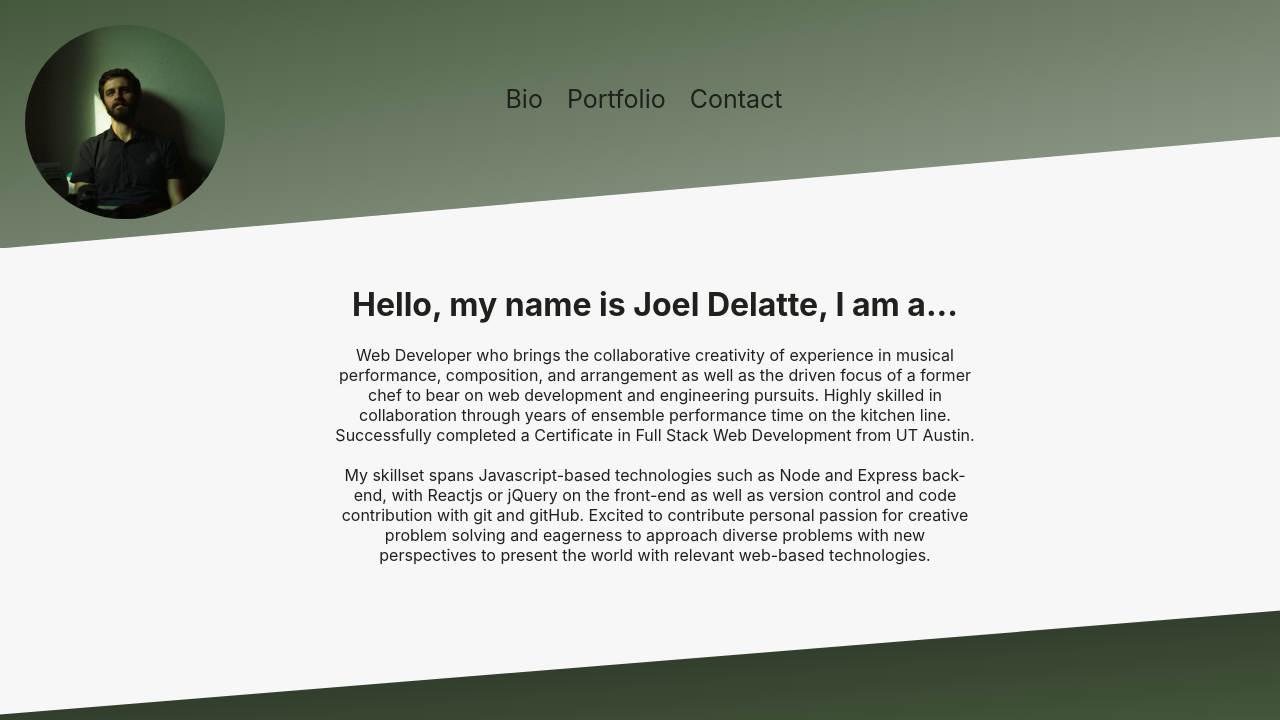
Repository: joeldelatte/react-portfolio
Page: / (app in client/)
An editor plug-in stored every save of this project. The page is shown before and after the next save, followed by the edit.
The browser window is 1280 px wide. The pictures show the whole page.
The project was rebuilt for these pictures with package versions that can differ from the ones it lists, and the page was loaded fresh each time. Also part of the build but not shown: client/src/App.css, client/src/Components/Contact/Contact.js, client/src/Components/Portfolio/portfolio.css, client/src/Components/Portfolio/Portfolio.js.

Above is the page before, as saved 2020-07-08 22:08:26.

### client/public/index.html
<!doctype html>
<html lang="en">
  <head>
    <meta charset="utf-8">
    <meta name="viewport" content="width=device-width, initial-scale=1, shrink-to-fit=no">
    <meta name="theme-color" content="#000000">
    <!--
      manifest.json provides metadata used when your web app is added to the
      homescreen on Android. See https://developers.google.com/web/fundamentals/engage-and-retain/web-app-manifest/
    -->
    <link rel="manifest" href="%PUBLIC_URL%/manifest.json">
    <link rel="shortcut icon" href="%PUBLIC_URL%/favicon.ico">
    <!--
      Notice the use of %PUBLIC_URL% in the tags above.
      It will be replaced with the URL of the `public` folder during the build.
      Only files inside the `public` folder can be referenced from the HTML.

      Unlike "/favicon.ico" or "favicon.ico", "%PUBLIC_URL%/favicon.ico" will
      work correctly both with client-side routing and a non-root public URL.
      Learn how to configure a non-root public URL by running `npm run build`.
    -->
    <title>Joel Delatte</title>
  </head>
  <body>
    <noscript>
      You need to enable JavaScript to run this app.
    </noscript>
    <div id="root"></div>
    <!--
      This HTML file is a template.
      If you open it directly in the browser, you will see an empty page.

      You can add webfonts, meta tags, or analytics to this file.
      The build step will place the bundled scripts into the <body> tag.

      To begin the development, run `npm start` or `yarn start`.
      To create a production bundle, use `npm run build` or `yarn build`.
    -->
  </body>
</html>

### client/src/index.css
body {
  height:100%;
  min-height: 100%;
  margin: 0;
  padding: 0;
  border: 0;
  font-family: -apple-system, BlinkMacSystemFont, 'Segoe UI', 'Roboto', 'Oxygen',
    'Ubuntu', 'Cantarell', 'Fira Sans', 'Droid Sans', 'Helvetica Neue',
    sans-serif;
  -webkit-font-smoothing: antialiased;
  -moz-osx-font-smoothing: grayscale;
  background-color: rgb(247, 247, 247);
  color: rgb(31,33,28);
}

code {
  font-family: source-code-pro, Menlo, Monaco, Consolas, 'Courier New',
    monospace;
}

### client/src/App.js
import React from 'react';
import {BrowserRouter as Router, Route, Switch, Link} from "react-router-dom";
import './App.css';
import Bio from "./Components/Bio/Bio";
import Nav from "./Page/Nav";
import Contact from "./Components/Contact/Contact";
import Portfolio from "./Components/Portfolio/Portfolio";
import Footer from "./Page/Footer";

export default function App() {
  return (
    <>
      <Router>
        <Nav />
        <Switch>
          <Route exact path="/">
            <Bio />
          </Route>
          <Route exact path="/contact">
            <Contact />
          </Route>
          <Route exact path="/portfolio">
            <Portfolio />
          </Route>
        </Switch>
      </Router>
      {/* <Footer /> */}
    </>
  );
}

### client/src/Components/Bio/Bio.js
import React from "react";
import "./bio.css";

export default function Bio() {

    return (
        <div className="container">
          <div className="bio">
            <h1>Hello, my name is Joel Delatte, I am a...</h1>
            <p>Web Developer who brings the collaborative creativity of experience in musical performance, composition, and
              arrangement as well as the driven focus of a former chef to bear on web development and engineering pursuits.
              Highly skilled in collaboration through years of ensemble performance time on the kitchen line.
              Successfully completed a Certificate in Full Stack Web Development from UT Austin.
              <br></br>
              <br></br>
              My skillset spans Javascript-based technologies such as Node and Express back-end, with Reactjs or
              jQuery on the front-end as well as version control and code contribution with git and gitHub.
              Excited to contribute personal passion for creative problem solving and eagerness to approach diverse
              problems with new perspectives to present the world with relevant web-based technologies.
            </p>
          </div>
        </div>
    )
}

### client/src/Page/Nav.js
import React from "react";
import {BrowserRouter as Router, Route, Switch, Link} from "react-router-dom";
import Avatar from "./Avatar";
import Footer from "./Footer";
import "./Page.css";

function Nav () {
    return (
      <>
      <div className="header">
        <Avatar />
        <div className="nav">
          <Link to="/">Bio</Link>
          <Link to="/portfolio">Portfolio</Link>
          <Link to="/contact">Contact</Link>
        </div>
      </div>
      <Footer />
      </>
    );
};

export default Nav;

### client/src/Page/Footer.js
import React from "react";
// import { BrowserRouter as Router, Route, Switch, Link } from "react-router-dom";
import "./Page.css";

function Footer() {
  return (
    <div className="footer">
      <footer>
          Hello
      </footer>
    </div>
  );
}

export default Footer;

### client/src/Components/Bio/bio.css
.container {
    position: relative;
}

.bio {
    max-width: 50%;
    padding: 15px;
    max-width: 50%;
    position: absolute;
    top: 40%;
    left: 25%;
    text-align: center;
}

.bio p {
    text-align: center;
}


    @media only screen and (max-width: 768px) {
        .viewContainer {
            margin-left: 110px;
        }
    }

### client/src/Page/Avatar.js
import React from "react";
import Portrait from "./images/joel_d.png"
import "./Page.css";

const styles = {
    maxWidth: 200,
    maxHeight: 200,
    borderRadius: 100,
    marginLeft: 25
};

function Avatar () {

    return (
      <div>
          <img src={Portrait} alt="avatar"  className="avatar" /> {/* style={styles} */}
      </div>
    );
};

export default Avatar;

### client/src/Page/Page.css
.header {
  height: 38%;
  background-image: linear-gradient(to right bottom, rgba(68,88,60, 1), rgba(68,88,60, 0.501));
  /* , url("../img/hero.jpg"); */
  background-size: cover;
  background-position: top;
  position: relative;
  -webkit-clip-path: polygon(0 0, 100% 0, 100% 55%, 0 100%);
  clip-path: polygon(0 0, 100% 0, 100% 55%, 0 100%);
  position: relative;
}

  .avatar {
    display: inline;
    max-width: 200px;
    max-height: 200px;
    border-radius: 100%;
    margin: 25px;
    }

.nav {
    position: absolute;
    top: 40%;
    left: 50%;
    transform: translate(-50%, -50%);
    text-align: center;
}

.nav a {
    padding: 6px 8px 6px 16px;
    text-decoration: none;
    font-size: 25px;
    color: rgb(31,33,28);
    display: inline;
    text-align: center;
  }

.nav a:hover {
    color: #f1f1f1;
}

.footer {
  padding: 1rem;
  height: 5rem;
  background-color: rgb(68,88,60);
  background-image: linear-gradient(to right bottom, rgba(31,33,28, 0.901), rgba(68,88,60, 0.601));
  -webkit-clip-path: polygon(0 85%, 100% 0, 100% 100%, 0 100%);
  clip-path: polygon(0 95%, 100% 0, 100% 100%, 0 100%);
  display: block;
  position: fixed;
  left: 0;
  bottom: 0;
  width: 100%;
  text-align: center;
}

### client/src/Components/Contact/contact.css
.container {
  position: relative;
}
.contact {
    padding: 15px;
    max-width: 50%;
    position: absolute;
    top: 40%;
    left: 25%;
    text-align: center;
    margin-bottom: 5rem;
}

.contact a {
  padding: 6px 8px 6px 16px;
  text-decoration: underline;
  font-size: 18px;
  color: black;
  display: block;
}

.contact a:hover {
  color: #818181;
}

.email-address {
  padding: 6px 8px 6px 16px;
  font-size: 18px;
}

input[type=text], select {
    width: 100%;
    padding: 12px 20px;
    margin: 8px 0;
    display: inline-block;
    border: 1px solid #ccc;
    border-radius: 4px;
    box-sizing: border-box;
  }

  input[type=submit] {
    width: 15%;
    background-color: #4CAF50;
    color: white;
    padding: 14px 20px;
    margin: 8px 0;
    border: none;
    border-radius: 4px;
    cursor: pointer;
  }

  input[type=submit]:hover {
    background-color: #45a049;
  }

textarea {
    width: 100%;
    height: 150px;
    margin: 8px 0;
    padding: 12px 20px;
    box-sizing: border-box;
    border: 1px solid #ccc;
    border-radius: 4px;
    resize: none;
  }

  @media only screen and (max-width: 768px) {
    .contact {
      margin-left: 110px;
    }
  }

Loaded but not shown: client/src/index.js (common file); client/src/serviceWorker.js (common file)

After the next save:
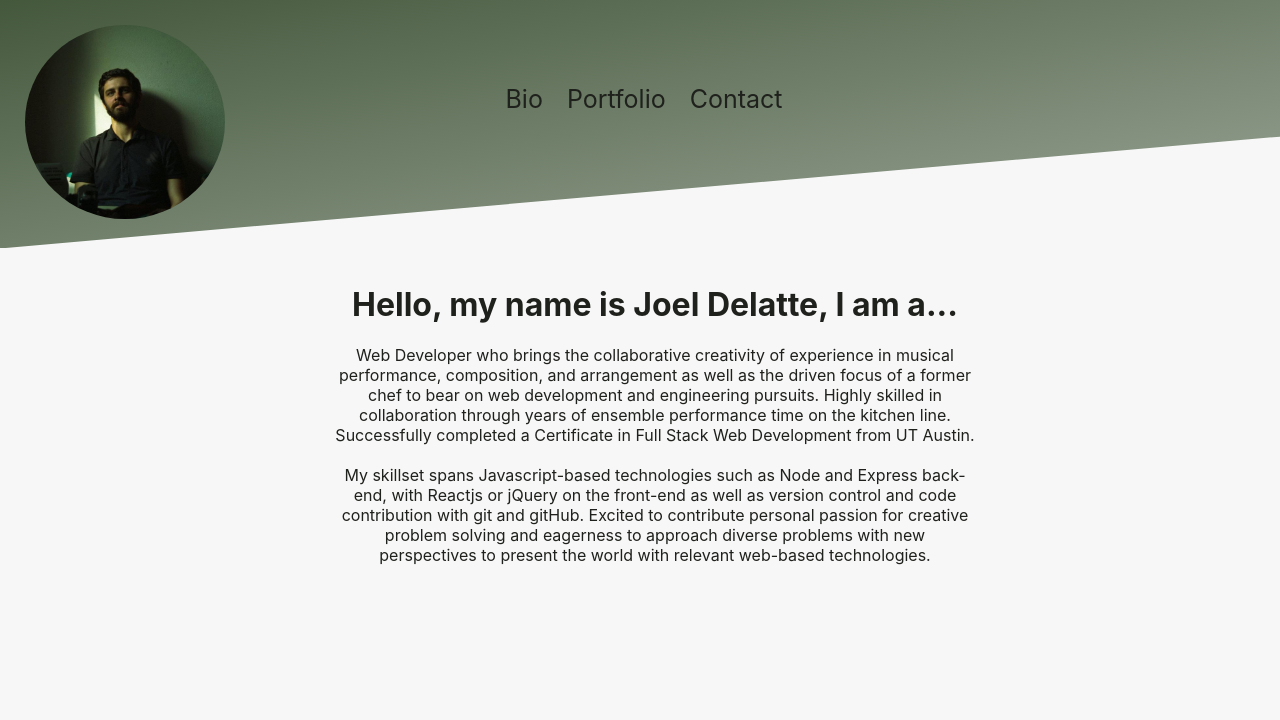
Saved 35 s later.
--- a/client/src/Page/Nav.js
+++ b/client/src/Page/Nav.js
@@ -1,12 +1,10 @@
 import React from "react";
 import {BrowserRouter as Router, Route, Switch, Link} from "react-router-dom";
 import Avatar from "./Avatar";
-import Footer from "./Footer";
 import "./Page.css";
 
 function Nav () {
     return (
-      <>
       <div className="header">
         <Avatar />
         <div className="nav">
@@ -15,8 +13,6 @@ function Nav () {
           <Link to="/contact">Contact</Link>
         </div>
       </div>
-      <Footer />
-      </>
     );
 };
 

After the save that followed:
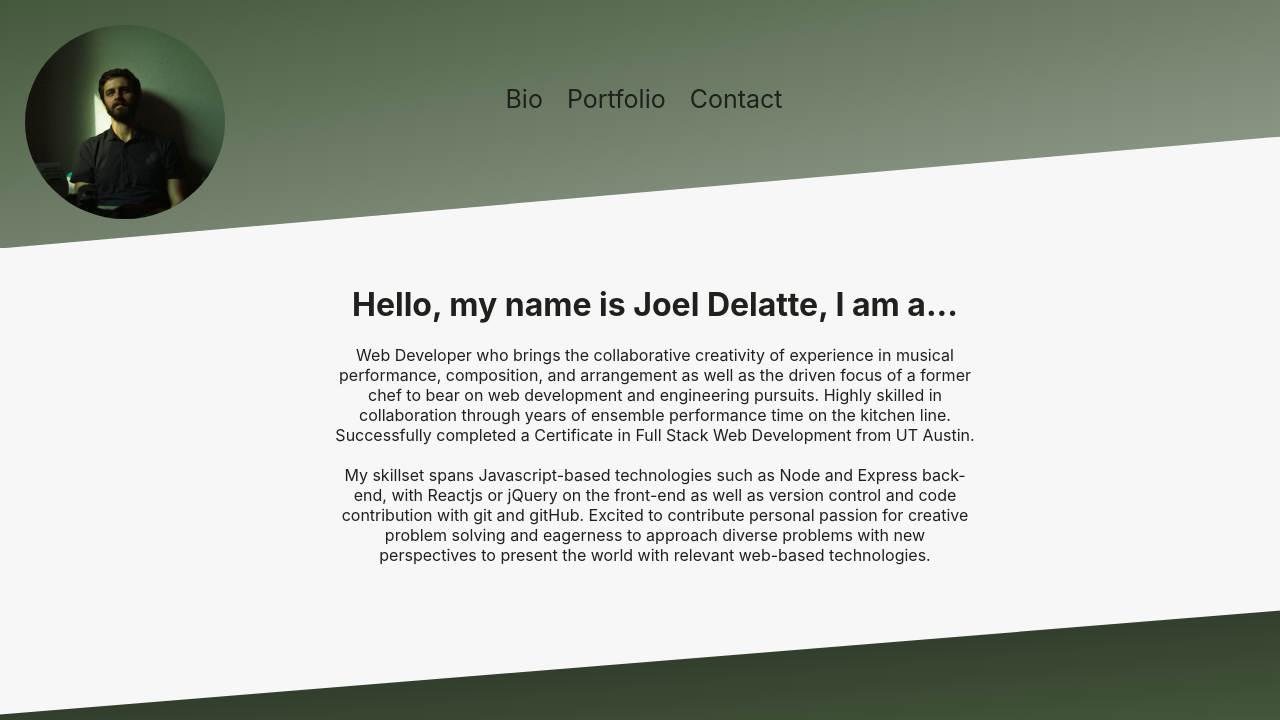
Saved 11 s later.
--- a/client/src/App.js
+++ b/client/src/App.js
@@ -23,8 +23,8 @@ export default function App() {
             <Portfolio />
           </Route>
         </Switch>
+        <Footer />
       </Router>
-      {/* <Footer /> */}
     </>
   );
 }
